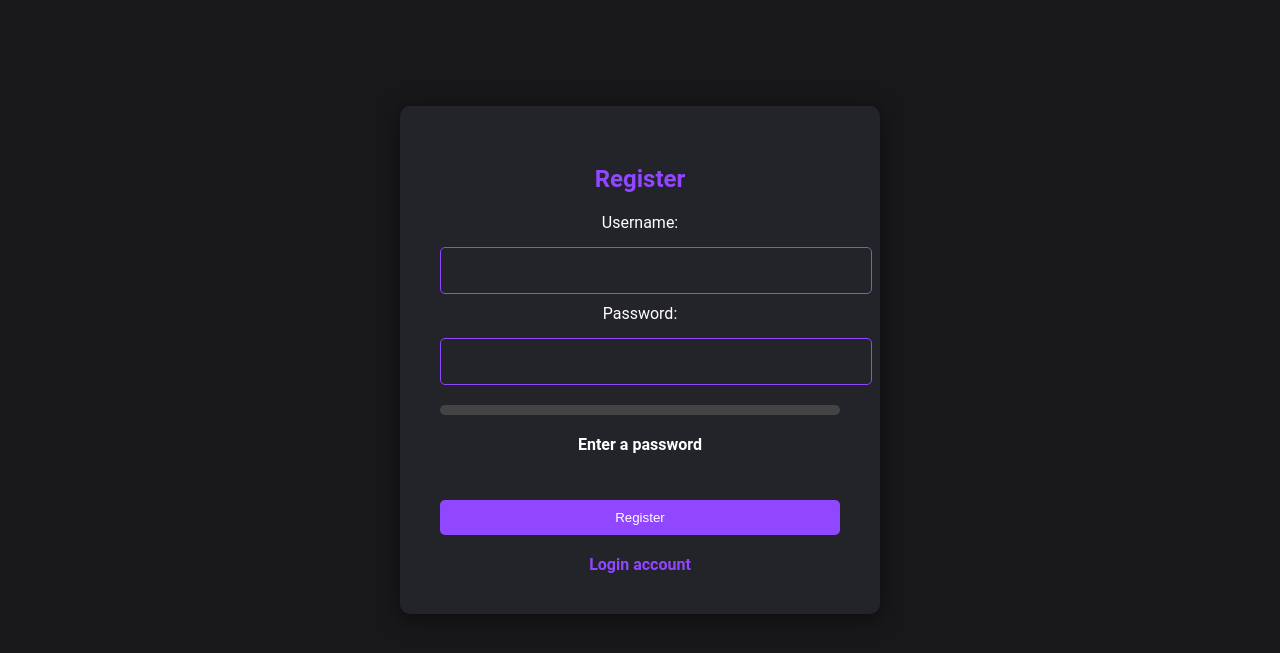
Repository: wolvicjohn/argon2
Page: http://localhost/register.php
The author's editor kept a copy of each file at every save. The page is drawn from the files as they stood at one save, then again after the next save.
The browser window is 1280 px wide. The pictures show the whole page.
The page is run by PHP 8.4 with error messages shown; the project is at /var/www/html/.

Above is the page before, as saved 2024-10-22 16:57:53.

### register.php
<?php
// Include the database connection
require 'db.php';

// Check if PEPPER is already defined
if (!defined('PEPPER')) {
    define('PEPPER', 'pares-overload');
}

$message = '';

if ($_SERVER['REQUEST_METHOD'] === 'POST') {
    $username = $_POST['username'];
    $password = $_POST['password'];

    // Check if username exists
    $stmt = $pdo->prepare('SELECT id FROM users WHERE username = ?');
    $stmt->execute([$username]);

    if ($stmt->fetch()) {
        $message = '<div class="message error">Username already taken</div>';
    } else {
        // Generate a random salt (16 bytes)
        $salt = bin2hex(random_bytes(16));

        // Combine password with salt and pepper
        $pepperedPassword = hash_hmac('sha256', $password, PEPPER);
        $saltedPassword = $pepperedPassword . $salt;

        // Hash the final password using Argon2ID
        $passwordHash = password_hash($saltedPassword, PASSWORD_ARGON2ID);

        // Insert user into the database with salt and pepper
        $stmt = $pdo->prepare(
            'INSERT INTO users (username, password_hash, salt, pepper) VALUES (?, ?, ?, ?)'
        );
        $stmt->execute([$username, $passwordHash, $salt, PEPPER]);

        $message = '<div class="message success">User registered successfully!</div>';
    }
}
?>

<!DOCTYPE html>
<html lang="en">

<head>
    <meta charset="UTF-8">
    <title>Register</title>
    <link rel="stylesheet" href="styles.css">
</head>

<body>
    <div class="container">
        <h2>Register</h2>
        <form action="register.php" method="POST">
            <label for="username">Username:</label>
            <input type="text" name="username" id="username" required>

            <label for="password">Password:</label>
            <input type="password" name="password" id="password" required>

            <div class="password-strength">
                <div class="strength-bar" id="strength-bar"></div>
            </div>
            <p class="message" id="strength-text">Enter a password</p>

            <?php if ($message): ?>
                <?= $message; ?>
            <?php endif; ?>

            <button type="submit">Register</button>
            <a href="login.php">Login account</a>
        </form>
    </div>

    <script src="script.js"></script>
</body>

</html>

### db.php
<?php
// Start the session
session_start();

// Define the pepper as a server-side constant
define('PEPPER', 'pares-overload');

// Database connection details
$host = 'localhost';
$db = 'argon2_auth';
$user = 'root';
$pass = '';

// Database connection options
$dsn = "mysql:host=$host;dbname=$db;charset=utf8mb4";
$options = [
    PDO::ATTR_ERRMODE => PDO::ERRMODE_EXCEPTION,
    PDO::ATTR_DEFAULT_FETCH_MODE => PDO::FETCH_ASSOC,
];

try {
    $pdo = new PDO($dsn, $user, $pass, $options);
} catch (PDOException $e) {
    die("Database connection failed: " . $e->getMessage());
}
?>

### styles.css
/* styles.css */
body {
    font-family: 'Roboto', sans-serif; /* Modern font */
    margin: 0;
    padding: 0;
    height: 100vh; /* Full height for vertical centering */
    display: flex;
    justify-content: center; /* Center horizontally */
    align-items: center; /* Center vertically */
    background-color: #18181b; /* Dark background */
    color: #ffffff; /* White text color */
}

.container {
    text-align: center; /* Center text inside container */
    padding: 40px; /* Increased padding for better spacing */
    background-color: #23232a; /* Dark card background */
    border-radius: 10px; /* Rounded corners */
    box-shadow: 0 4px 20px rgba(0, 0, 0, 0.5); /* Subtle shadow */
    max-width: 400px; /* Max width for better layout */
    width: 90%; /* Responsive width */
}

h2 {
    color: #9146ff; /* Twitch purple */
    margin-bottom: 20px; /* Reduced margin for better spacing */
}

label {
    display: block;
    margin-bottom: 5px;
}

input {
    margin: 10px 0;
    padding: 15px;
    width: 100%; /* Full width for input fields */
    border: 1px solid #9146ff; /* Twitch purple border */
    border-radius: 5px;
    background-color: #23232a; /* Dark input background */
    color: #ffffff; /* White text color */
}

input:focus {
    outline: none;
    border-color: #ff477e; /* Pink border on focus */
}

button {
    padding: 10px 20px;
    cursor: pointer;
    background-color: #9146ff; /* Twitch purple */
    color: white;
    border: none;
    border-radius: 5px;
    transition: background-color 0.3s ease;
    margin-top: 20px; /* Spacing above the button */
    width: 100%; /* Full width button */
}

button:hover {
    background-color: #7e3af2; /* Darker purple on hover */
}

.password-strength {
    margin-top: 10px;
    height: 10px;
    width: 100%; /* Full width for strength meter */
    background-color: #444; /* Darker background for strength meter */
    border-radius: 5px;
    overflow: hidden;
}

.strength-bar {
    height: 100%;
    width: 0%; /* Default width is 0% */
    transition: width 0.3s ease-in-out; /* Smooth transition for width */
}

.strength-weak {
    background-color: red; /* Red for weak */
}

.strength-medium {
    background-color: orange; /* Orange for medium */
}

.strength-strong {
    background-color: #4CAF50; /* Green for strong */
}

.message {
    margin-top: 10px;
    font-size: 16px; /* Increased font size for visibility */
    font-weight: bold;
    text-align: center; /* Centered text */
    padding: 10px; /* Padding for better spacing */
    border-radius: 5px; /* Rounded corners */
    display: inline-block; /* Makes width fit content */
}

/* Success message styles */
.message.success {
    color: #4CAF50; /* Green for success */
    background-color: rgba(76, 175, 80, 0.1); /* Light green background */
}

/* Error message styles */
.message.error {
    color: #f44336; /* Red for error */
    background-color: rgba(244, 67, 54, 0.1); /* Light red background */
}

/* Link styles */
a {
    display: block;
    text-align: center;
    margin-top: 20px;
    color: #9146ff; /* Twitch purple */
    text-decoration: none;
    font-weight: bold;
}

a:hover {
    color: #7e3af2; /* Darker purple on hover */
}
textarea {
    width: 100%; /* Full width for textarea */
    height: 100px; /* Set a fixed height for better visibility */
    padding: 10px; /* Padding for comfort */
    border: 1px solid #9146ff; /* Twitch purple border */
    border-radius: 5px; /* Rounded corners */
    background-color: #23232a; /* Dark background */
    color: #ffffff; /* White text color */
    resize: vertical; /* Allow vertical resizing */
    overflow: auto; /* Scrollbar if needed */
    margin-top: 10px; /* Spacing above the textarea */
}

/* Make textarea read-only styling clear */
textarea:focus {
    outline: none; /* Remove default outline */
    border-color: #ff477e; /* Change border color on focus */
}

### script.js
// script.js
const passwordInput = document.getElementById('password');
const strengthBar = document.getElementById('strength-bar');
const strengthText = document.getElementById('strength-text');

passwordInput.addEventListener('input', () => {
    const password = passwordInput.value;
    const strength = calculateStrength(password);
    updateStrengthMeter(strength);
});

function calculateStrength(password) {
    let strength = 0;

    if (password.length >= 8) strength++;
    if (/[A-Z]/.test(password)) strength++;
    if (/[a-z]/.test(password)) strength++;
    if (/[0-9]/.test(password)) strength++;
    if (/[^A-Za-z0-9]/.test(password)) strength++;

    return strength;
}

function updateStrengthMeter(strength) {
    // Reset the strength bar
    strengthBar.className = 'strength-bar';
    strengthBar.style.width = `${strength * 20}%`;  // Dynamically set the width

    // Set the color and text based on strength
    if (strength <= 1) {
        strengthBar.classList.add('strength-weak');
        strengthText.textContent = 'Weak';
        strengthText.style.color = 'red';
    } else if (strength <= 3) {
        strengthBar.classList.add('strength-medium');
        strengthText.textContent = 'Medium';
        strengthText.style.color = 'orange';
    } else {
        strengthBar.classList.add('strength-strong');
        strengthText.textContent = 'Strong';
        strengthText.style.color = 'green';
    }
}

After the next save:
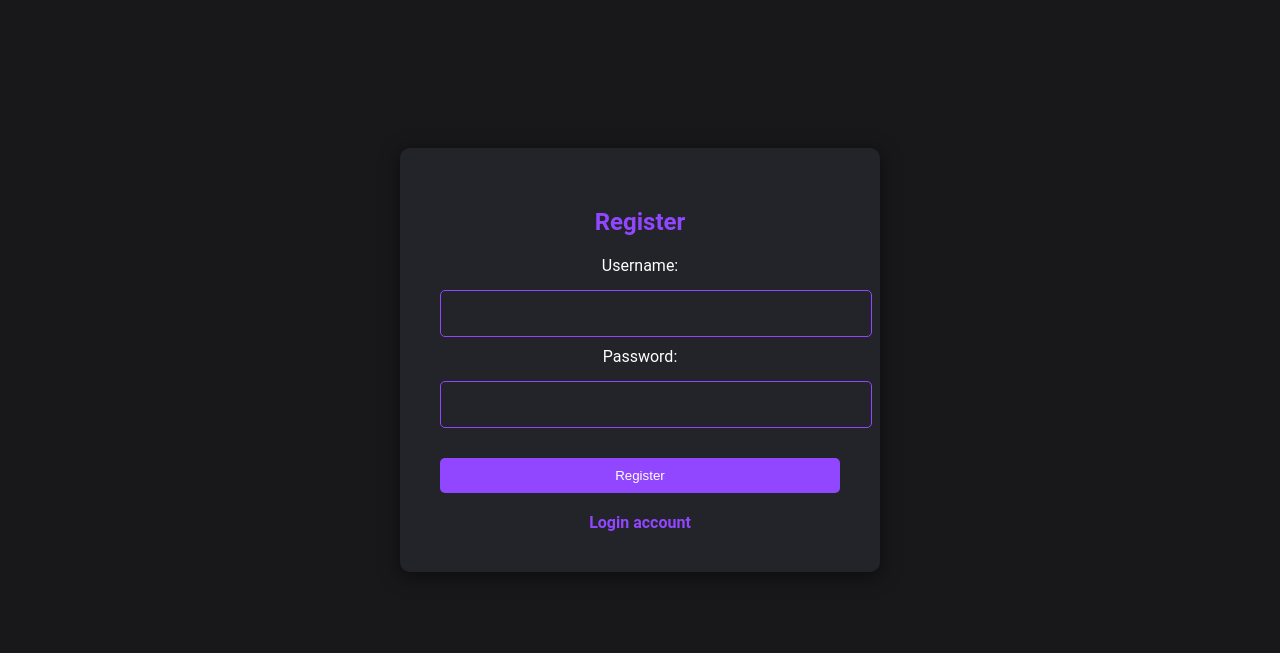
Saved 8 s later.
--- a/register.php
+++ b/register.php
@@ -2,16 +2,10 @@
 // Include the database connection
 require 'db.php';
 
-// Check if PEPPER is already defined
-if (!defined('PEPPER')) {
-    define('PEPPER', 'pares-overload');
-}
-
 $message = '';
-
 if ($_SERVER['REQUEST_METHOD'] === 'POST') {
-    $username = $_POST['username'];
-    $password = $_POST['password'];
+    $username = trim($_POST['username']);
+    $password = trim($_POST['password']);
 
     // Check if username exists
     $stmt = $pdo->prepare('SELECT id FROM users WHERE username = ?');
@@ -32,9 +26,9 @@ if ($_SERVER['REQUEST_METHOD'] === 'POST') {
 
         // Insert user into the database with salt and pepper
         $stmt = $pdo->prepare(
-            'INSERT INTO users (username, password_hash, salt, pepper) VALUES (?, ?, ?, ?)'
+            'INSERT INTO users (username, password_hash, salt) VALUES (?, ?, ?)'
         );
-        $stmt->execute([$username, $passwordHash, $salt, PEPPER]);
+        $stmt->execute([$username, $passwordHash, $salt]);
 
         $message = '<div class="message success">User registered successfully!</div>';
     }
@@ -43,13 +37,11 @@ if ($_SERVER['REQUEST_METHOD'] === 'POST') {
 
 <!DOCTYPE html>
 <html lang="en">
-
 <head>
     <meta charset="UTF-8">
     <title>Register</title>
     <link rel="stylesheet" href="styles.css">
 </head>
-
 <body>
     <div class="container">
         <h2>Register</h2>
@@ -59,11 +51,6 @@ if ($_SERVER['REQUEST_METHOD'] === 'POST') {
 
             <label for="password">Password:</label>
             <input type="password" name="password" id="password" required>
-
-            <div class="password-strength">
-                <div class="strength-bar" id="strength-bar"></div>
-            </div>
-            <p class="message" id="strength-text">Enter a password</p>
 
             <?php if ($message): ?>
                 <?= $message; ?>
@@ -76,5 +63,4 @@ if ($_SERVER['REQUEST_METHOD'] === 'POST') {
 
     <script src="script.js"></script>
 </body>
-
 </html>
